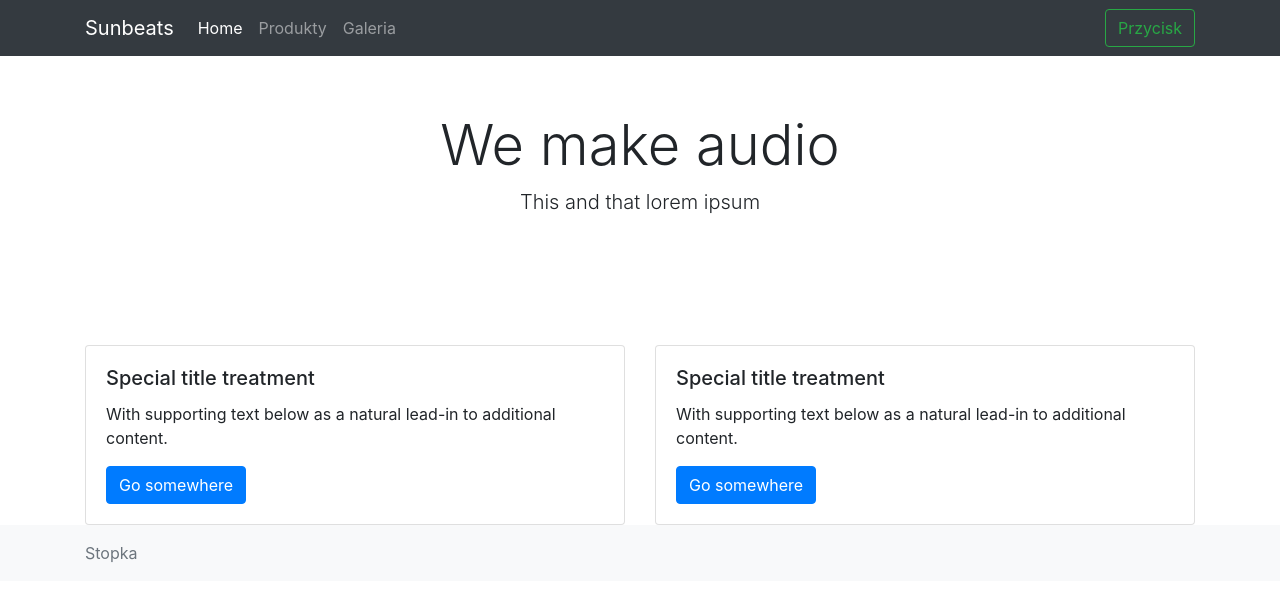
Repository: Audio-site/sunbeats
Page: index.html
These files come from the project's save history. The page is drawn as it stood at one moment and after the next save; the edit follows.
The browser window is 1280 px wide. The pictures show the whole page.

Above is the page before, as saved 2020-08-25 00:59:54.

### index.html
<!doctype html>
<html lang="en" class="h-100">

<head>
  <meta charset="utf-8">
  <meta name="viewport" content="width=device-width, initial-scale=1, shrink-to-fit=no">
  <meta name="description" content="">
  <meta name="author" content="Mark Otto, Jacob Thornton, and Bootstrap contributors">
  <meta name="generator" content="Jekyll v4.1.1">
  <title>Sunbeats</title>

  <link rel="canonical" href="https://getbootstrap.com/docs/4.5/examples/sticky-footer-navbar/">

  <!-- Bootstrap core CSS -->
  <link href="../assets/dist/css/bootstrap.min.css" rel="stylesheet">

</head>
<div class="d-flex flex-column h-100">
  <header>
    <!-- Fixed navbar -->
    <nav class="navbar navbar-expand-md navbar-dark fixed-top bg-dark">
      <div class="container">
        <a class="navbar-brand" href="#">Sunbeats</a>
        <button class="navbar-toggler" type="button" data-toggle="collapse" data-target="#navbarCollapse"
          aria-controls="navbarCollapse" aria-expanded="false" aria-label="Toggle navigation">
          <span class="navbar-toggler-icon"></span>
        </button>
        <div class="collapse navbar-collapse" id="navbarCollapse">
          <ul class="navbar-nav mr-auto">
            <li class="nav-item active">
              <a class="nav-link" href="../index.html">Home <span class="sr-only">(current)</span></a>
            </li>
            <li class="nav-item">
              <a class="nav-link" href="../products.html">Produkty</a>
            </li>
            <li class="nav-item">
              <a class="nav-link" href="#">Galeria</a>
            </li>
          </ul>
          <button class="btn btn-outline-success my-2 my-sm-0" type="submit">Przycisk</button>
        </div>
      </div>
    </nav>
  </header>

  <!-- Begin page content -->
  <main role="main">
    <div class="jumbotron jumbotron-fluid text-center my-5 bg-white">
      <div class="container">
        <h1 class="display-4">We make audio</h1>
        <p class="lead">This and that lorem ipsum</p>
      </div>
    </div>

    <section>
      <div class="container">
        <div class="row">
          <div class="col-sm-6">
            <div class="card">
              <div class="card-body">
                <h5 class="card-title">Special title treatment</h5>
                <p class="card-text">With supporting text below as a natural lead-in to additional content.</p>
                <a href="#" class="btn btn-primary">Go somewhere</a>
              </div>
            </div>
          </div>
          <div class="col-sm-6">
            <div class="card">
              <div class="card-body">
                <h5 class="card-title">Special title treatment</h5>
                <p class="card-text">With supporting text below as a natural lead-in to additional content.</p>
                <a href="#" class="btn btn-primary">Go somewhere</a>
              </div>
            </div>
          </div>
        </div>
      </div>
    </section>

  </main>


  <footer class="footer mt-auto py-3 bg-light">
    <div class="container">
      <span class="text-muted">Stopka</span>
    </div>
  </footer>
  <script src="https://code.jquery.com/jquery-3.5.1.slim.min.js"
    integrity="sha384-DfXdz2htPH0lsSSs5nCTpuj/zy4C+OGpamoFVy38MVBnE+IbbVYUew+OrCXaRkfj" crossorigin="anonymous">
  </script>
  <script>
    window.jQuery || document.write('<script src="../assets/js/vendor/jquery.slim.min.js"><\/script>')
  </script>
  <script src="../assets/dist/js/bootstrap.bundle.min.js"></script>

</html>

Loaded but not shown: assets/dist/css/bootstrap.min.css (library); assets/dist/js/bootstrap.bundle.min.js (library)

After the next save:
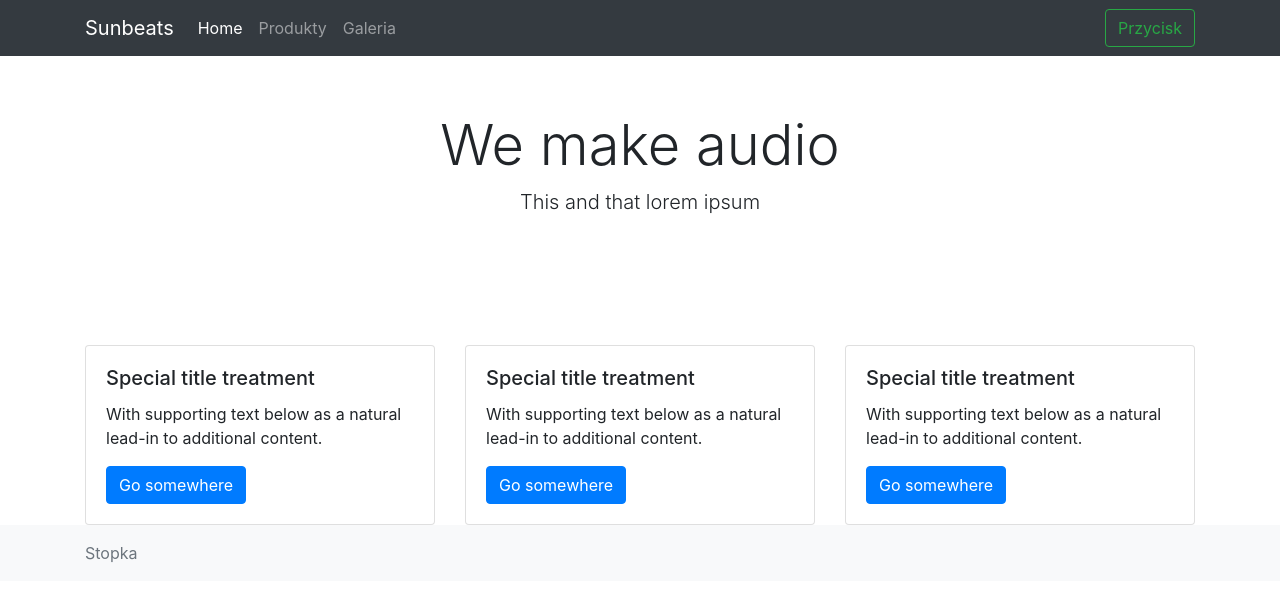
Saved 17 s later.
--- a/index.html
+++ b/index.html
@@ -54,8 +54,12 @@
 
     <section>
       <div class="container">
+
+
         <div class="row">
-          <div class="col-sm-6">
+
+
+          <div class="col-sm-4">
             <div class="card">
               <div class="card-body">
                 <h5 class="card-title">Special title treatment</h5>
@@ -64,7 +68,7 @@
               </div>
             </div>
           </div>
-          <div class="col-sm-6">
+          <div class="col-sm-4">
             <div class="card">
               <div class="card-body">
                 <h5 class="card-title">Special title treatment</h5>
@@ -73,7 +77,19 @@
               </div>
             </div>
           </div>
+          <div class="col-sm-4">
+            <div class="card">
+              <div class="card-body">
+                <h5 class="card-title">Special title treatment</h5>
+                <p class="card-text">With supporting text below as a natural lead-in to additional content.</p>
+                <a href="#" class="btn btn-primary">Go somewhere</a>
+              </div>
+            </div>
+          </div>
+
         </div>
+
+
       </div>
     </section>
 
